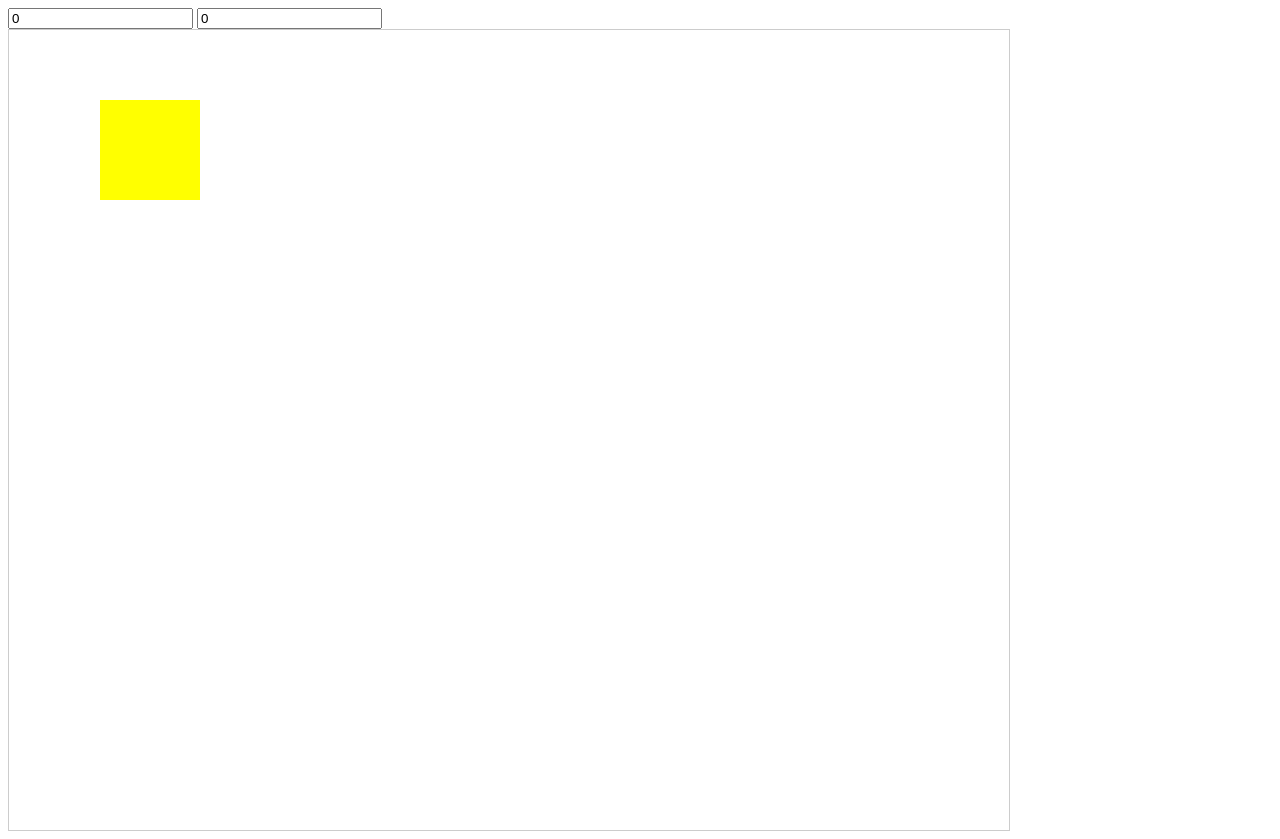
Repository: mjh1583/Hustar03_eGov
Page: http://localhost/JavaScript/js011.jsp
An editor plug-in stored every save of this project. The page is shown before and after the next save, followed by the edit.
The browser window is 1280 px wide. The pictures show the whole page.
Empty fields were first filled with sample values (such as "Sample", 5 or name@example.com).
After loading, the first visible `#contentsArea` was clicked once.
The page is served by Tomcat 9.

Above is the page before, as saved 2021-05-07 02:02:28.

### workspace/JavaScript/src/main/webapp/js011.jsp
<%@ page language="java" contentType="text/html; charset=UTF-8"
    pageEncoding="UTF-8"%>
<!DOCTYPE html>
<html>
<head>
	<meta charset="UTF-8">
	<title>animation</title>
</head>
<body>
	<div>
		<input type="text" id="pageX" value="" placeholder="x 좌표"/>
		<input type="text" id="pageY" value="" placeholder="y 좌표"/>
	</div>

	<div style="width: 1000px; height: 800px; border: 1px solid #ccc;" id="contentsArea">
		<div id="div1" style="width: 100px; height: 100px; background-color: yellow; position: absolute; top: 50px; left: 50px;"></div>
	</div>

	<script src="https://code.jquery.com/jquery-3.6.0.js"></script>
	<script type="text/javascript">
		$('#contentsArea').bind('click', function() {
			console.log(event);

			$('#pageX').val(event.pageX);
			$('#pageY').val(event.pageY);
		});

		/*
			예제) 마우스 커서를 찍으면 그 방향으로 네모박스가 이동되도록 구현해보세요.
		*/

		$('#contentsArea').bind('click', function() {
			var x = event.pageX;
			var y = event.pageY;

			$('#div1').attr('top', x);
			$('#div1').attr('left', y);

			$('#div1').animate({marginLeft: x + 50 + 'px'}, 100, 'linear');
			$('#div1').animate({marginTop: y + 50 + 'px'}, 100, 'linear');
		});
	</script>
</body>
</html>

After the next save:
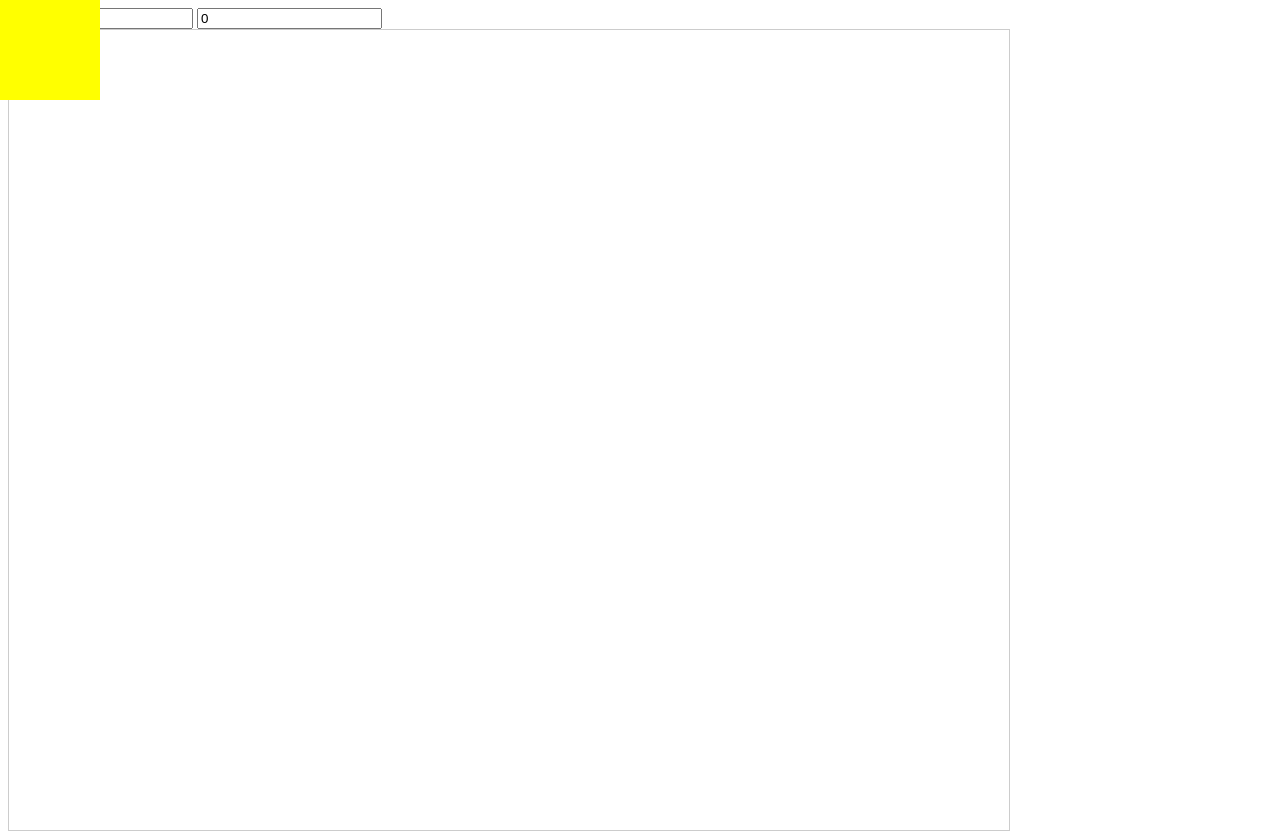
Saved 10 s later.
--- a/workspace/JavaScript/src/main/webapp/js011.jsp
+++ b/workspace/JavaScript/src/main/webapp/js011.jsp
@@ -36,8 +36,8 @@
 			$('#div1').attr('top', x);
 			$('#div1').attr('left', y);
 
-			$('#div1').animate({marginLeft: x + 50 + 'px'}, 100, 'linear');
-			$('#div1').animate({marginTop: y + 50 + 'px'}, 100, 'linear');
+			$('#div1').animate({marginLeft: x - 50 + 'px'}, 100, 'linear');
+			$('#div1').animate({marginTop: y - 50 + 'px'}, 100, 'linear');
 		});
 	</script>
 </body>
